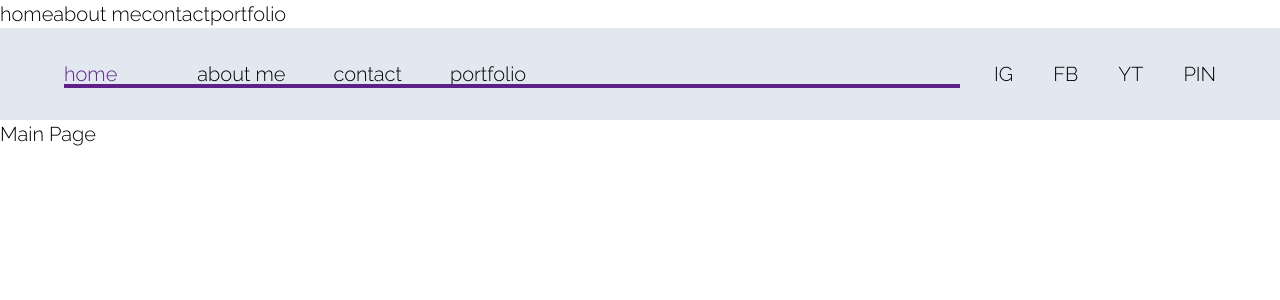
Repository: hubertrh/klaudia-personal-next
Page: /
The author's editor kept a copy of each file at every save. The page is drawn from the files as they stood at one save, then again after the next save.
The browser window is 1280 px wide. The pictures show the whole page.
The project was rebuilt for these pictures with package versions that can differ from the ones it lists, and the page was loaded fresh each time. The framework's server and built-in components were replaced by stand-ins that run in the browser. Also part of the build but not shown: next.config.js.

Above is the page before, as saved 2023-08-11 15:34:59.

After the next save:
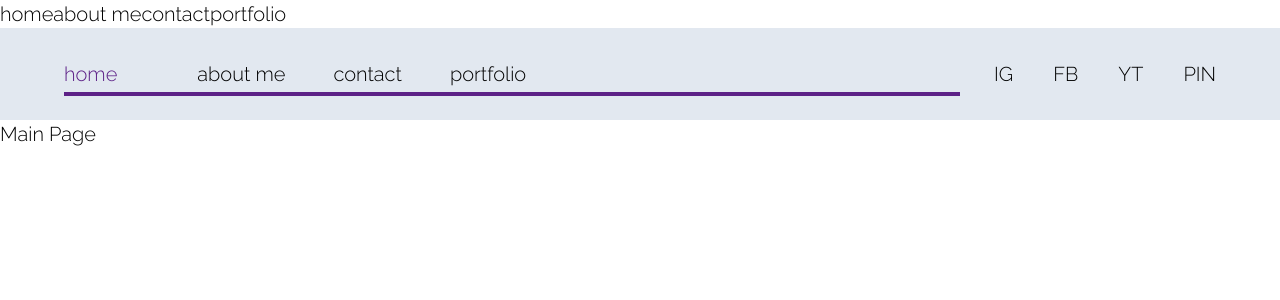
Saved 20 s later.
--- a/app/globals.css
+++ b/app/globals.css
@@ -17,7 +17,7 @@ body {
 }
 
 .nav > * {
-  @apply pr-12 transition-all duration-300 before:absolute before:bottom-0 before:h-1 before:w-full before:bg-primary before:content-[''] hover:text-primary hover:before:w-0;
+  @apply pr-12 transition-all duration-300 before:absolute before:-bottom-2 before:h-1 before:w-full before:bg-primary before:content-[''] hover:text-primary hover:before:w-0;
 }
 
 .social-icon {
